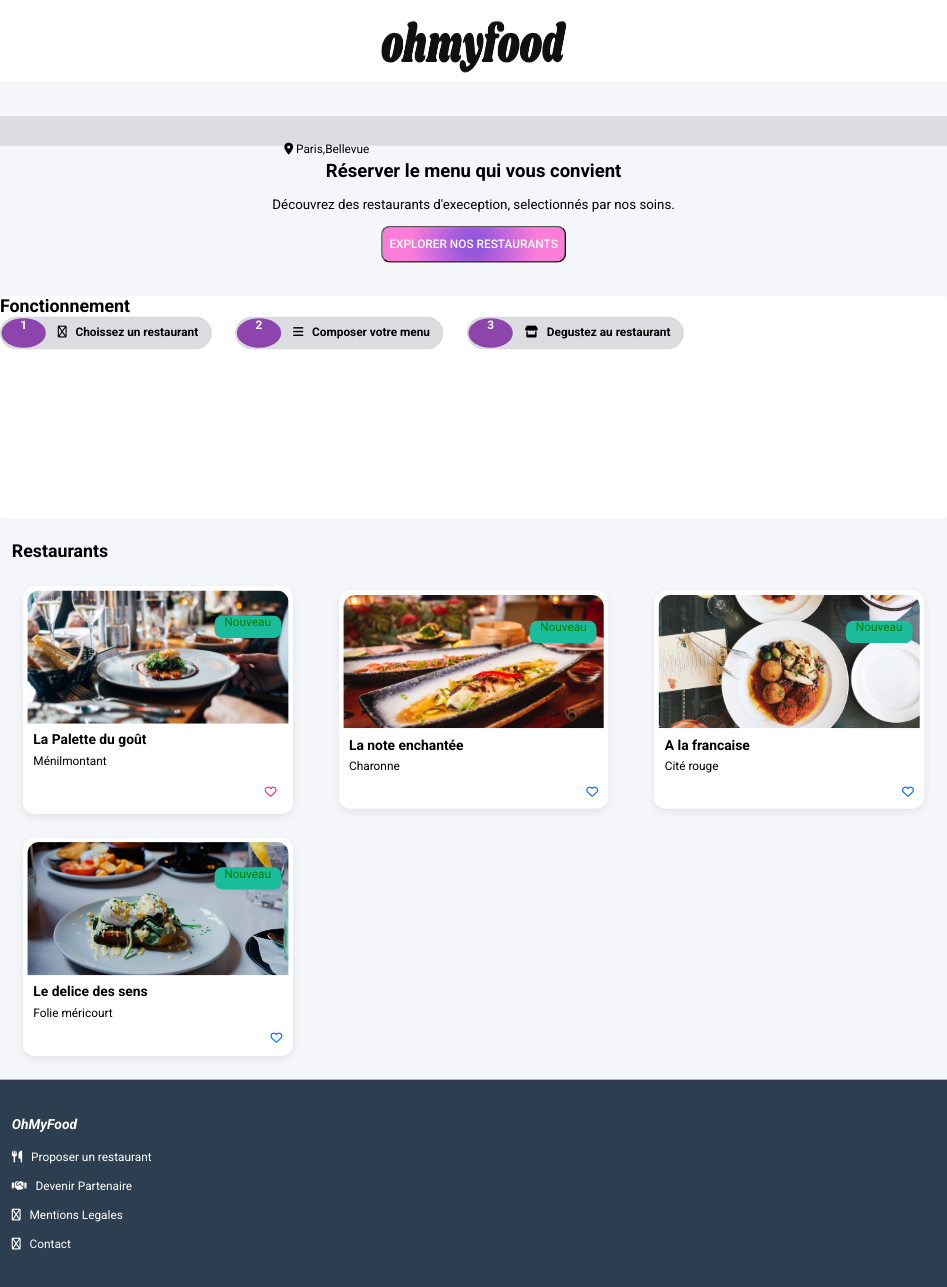
Repository: ultraasedev/ohmyfood
Page: index.html
The author's editor kept a copy of each file at every save. The page is drawn from the files as they stood at one save, then again after the next save.
The browser window is 1280 px wide. The pictures show the whole page, at 74% of full size.
Some web fonts or font styles are not loaded; a fallback is used. Some web libraries are served in a nearby version.

Above is the page before, as saved 2022-10-27 18:51:41.

### index.html
<!doctype html>
<html lang="fr">
    <head>
        <meta charset="UTF-8">
        <meta name="viewport" content="width=device-width,minimum-scale=1,initial-scale=1,maximum-scale=2">

      <title>Ohmyfood!  - Home</title>
       <meta name="description" content="Ohmyfood! est une entreprise de commande de repas en ligne. Notre concept permet aux
       utilisateurs de composer leur propre menu et réduire leur temps d’attente dans les
       restaurants car leur menu est préparé à l’avance. Plus de perte de temps à consulter la carte"/>
       <meta property="og:site_name" content="Ohmyfood!  - est une entreprise de commande de repas en ligne. Notre concept permet aux
       utilisateurs de composer leur propre menu et réduire leur temps d’attente dans les
       restaurants car leur menu est préparé à l’avance. Plus de perte de temps à consulter la carte" />
       <meta property="og:description" content="est une entreprise de commande de repas en ligne. Notre concept permet aux
       utilisateurs de composer leur propre menu et réduire leur temps d’attente dans les
       restaurants car leur menu est préparé à l’avance. Plus de perte de temps à consulter la carte" />




       <link type="text/css" rel="stylesheet" href="css/normalize.css"/>
       <link type="text/css" rel="stylesheet" href="css/all.min.css"/>
       <link type="text/css" rel="stylesheet" href="css/fontawesome.min.css"/>
       <link rel="preconnect" href="https://fonts.googleapis.com">
        <link rel="preconnect" href="https://fonts.gstatic.com" crossorigin>
       <link href="https://fonts.googleapis.com/css2?family=Roboto:ital,wght@0,100;0,300;0,400;0,500;0,700;0,900;1,100;1,300;1,400;1,500;1,700;1,900&family=Shrikhand&display=swap" rel="stylesheet">
       <script   src="https://kit.fontawesome.com/f132f25ed3.js" crossorigin="anonymous"></script>

       <link type="text/css" rel="stylesheet" href="css/style.css" />



       </head>

       <body>
<!--Nav + Logo-->
   <div class="nav">
    <div class="logo">
      <img src="images/logo/ohmyfood.png" alt="Ohmyfood !" class="logo"/>
    </div>
   </div>


<!--Header-->
<header>
  <!--Location-->
 <div class="location">
  <div class="villeloca"><p><i class="fa-sharp fa-solid fa-location-dot"></i> Paris,Bellevue</p></div>
</div>

  <div class="head-cont">
    <h2>Réserver le menu qui vous convient</h2>
    <p>Découvrez des restaurants d'exeception, selectionnés par nos soins.</p>

    <button class="btn-nav">
      Explorer nos restaurants
    </button>
  </div>
</header>

<!--Fonctionnement-->
<section class="cont-fonc">
  <h2>Fonctionnement</h2>

  <div class="ctn-filtres">

    <div class="filtres">
      <div class="circle-inf">1</div>
      <p><i class="fa-regular fa-phone"></i>&nbsp;&nbsp;&nbsp;Choissez un restaurant</p>
    </div>

    <div class="filtres">
      <div class="circle-inf">2</div>
      <p><i class="fa-solid fa-bars"></i>&nbsp;&nbsp;&nbsp;Composer votre menu</p>
    </div>

    <div class="filtres">
      <div class="circle-inf">3</div>
      <p><i class="fa-solid fa-store"></i>&nbsp;&nbsp;&nbsp;Degustez au restaurant</p>
    </div>


  </div>

</section>
<!--Fonctionnement-->

<!--Restau 1-->
<section class="cont-art">
  <h2>Restaurants</h2>

  <!-- Card 1 -->
              <article class="resto-card">
                <a href="#">
                  <img
                    src="./images/restaurants/jay-wennington-N_Y88TWmGwA-unsplash.jpg"
                    alt="Photo de l'hébergement"
                  />
                  <div class="new">Nouveau</div>
                  <h3>La Palette du goût</h3>
                  <p>Ménilmontant</p>
                  <div class="stars">
                    <i class="fa-regular fa-heart active"></i>
                  </div>
                </a>
              </article>


               <!-- Card 2 -->
               <article class="resto-card">
                <a href="#">
                  <img
                    src="./images/restaurants/louis-hansel-shotsoflouis-qNBGVyOCY8Q-unsplash.jpg"
                    alt="Photo de l'hébergement"
                  />
                  <div class="new">Nouveau</div>
                  <h3>La note enchantée</h3>
                  <p>Charonne</p>
                  <div class="stars">
                    <i class="fa-regular fa-heart"></i>

                  </div>
                </a>
              </article>

               <!-- Card 3 -->
               <article class="resto-card">
                <a href="#">
                  <img
                    src="./images/restaurants/stil-u2Lp8tXIcjw-unsplash.jpg"
                    alt="Photo de l'hébergement"
                  />
                  <div class="new">Nouveau</div>
                  <h3>A la francaise</h3>
                  <p>Cité rouge</p>
                  <div class="stars">
                    <i class="fa-regular fa-heart"></i>
                  </div>
                </a>
              </article>

               <!-- Card 4 -->
               <article class="resto-card">
                <a href="#">
                  <img
                    src="./images/restaurants/toa-heftiba-DQKerTsQwi0-unsplash.jpg"
                    alt="Photo de l'hébergement"
                  />
                  <div class="new">Nouveau</div>
                  <h3>Le delice des sens</h3>
                  <p>Folie méricourt</p>
                  <div class="stars">
                    <i class="fa-regular fa-heart"></i>
                  </div>
                </a>
              </article>




</section>

<!--FOOTER-->
<footer>
  <div class="container-footer">
    <div class="card-footer">
      <h3 style="font-family: 'Roboto';font-weight: 700;font-style: italic;">OhMyFood</h3>
      <!--<img src="images/logo/ohmyfood.png" alt="Ohmyfood !" height="20px" width="80px" style="margin-bottom: 10px;"/>-->
      <a href="#"><i class="fa-solid fa-utensils"></i>&nbsp;&nbsp;&nbsp;Proposer un restaurant</a>
      <a href="#"><i class="fa-solid fa-handshake"></i>&nbsp;&nbsp;&nbsp;Devenir Partenaire</a>
      <a href="#"><i class="fa-regular fa-circle-info"></i>&nbsp;&nbsp;&nbsp;Mentions Legales</a>
      <a href="#"><i class="fa-regular fa-phone"></i>&nbsp;&nbsp;&nbsp;Contact</a>

    </div>

</footer>

### css/style.css
*{
    box-sizing: border-box;
    font-family: var(--fontall);
    max-width: 1380px;

}
:root{

  /*Font*/
  --fontall: 'Roboto', sans-serif;
  --fontlg: 'Shrikhand' , cursive;

  /*color*/
  --primary: #9356DC;
  --secon: #FF79DA;
  --tert: #99E2D0;

  --greybg: #f5f6fa;

}


body{
    background-color:  var(--greybg);
    font-family: var(--fontall);
}

/* Nav*/
.nav{
  display: flex;
  height: 130px;
  width: 100%;
  background-color: #fff;
  align-items: center;
  align-content: center;
  text-align: center;
  margin-bottom: 10px;
}
/*Logo*/
.logo{
  position: relative;
  align-items: center;
  align-content: center;
  text-align: center;
  margin-right: auto;
  margin-left: auto;
}
.logo img{
  height: 70px;
  width: 250px;
}
/*Header*/
header{
  position: absolute;
  height: 300px;
  width: 100%;
  background-color: #f5f6fa;
  align-items: center;
  align-content: center;
  text-align: center;
  margin-top: -30px;
}
/*Location*/
.location{
  position: flex;
  background-color: #dcdde1;
  height: 40px;
  margin-top: -8px;
  align-items: center;
  align-content: center;
  text-align: center;
}
.location .villeloca{
  position: absolute;
  align-items: center;
  align-content: center;
  text-align: center;
  left: 30%;
}

/*Head-Cont*/

.head-cont h2{
  font-size: 25px;
  font-weight: bold;

}
.head-cont p{
  font-size: 18px;
  font-weight: 400;

}
/*Btn-nav*/
.btn-nav{
  align-items: center;
  align-content: center;
  text-transform: uppercase;
  transition: 0.5s;
  background: rgb(147,86,220);
  background: radial-gradient(circle, rgba(147,86,220,1) 10%, rgba(252,124,218,1) 69%);
  z-index: -1;
  transition: transform 400ms ease-in;
  color: #fff;
  width: 250px;
  height: 50px;
  overflow: hidden;
  text-decoration: none;
  border-radius: 12px;
 font-weight: 500;

}
/*Fonctionnement*/
.cont-fonc{
  position: relative;
  background-color: #fff;
  height: 300px;
  margin-top: 270px;
  border-radius: 5px;
}

.cont-fonc h2 {
  grid-column: 1/-1;
  margin: 0;
}
.cont-fonc .ctn-filtres {
  display: flex;
  align-items: center;
  gap: 32px;
  flex-wrap: wrap;
  margin-bottom: 25px;
}
.cont-fonc .circle-inf{
  background-color: #8e44ad;
  width: 60px;
  height: 40px;
  border-radius: 60px / 40px;
  text-align: center;
  color: #fff;
  font-weight: bold;
}
.cont-fonc .ctn-filtres .filtres{
  display: flex;
  align-items: center;
  gap: 16px;
  border: 2px solid #d9d9d9;
  border-radius: 32px;
  padding: 0 16px 0 0;
  height: 44px;
  transition: 0.2s;
  cursor: pointer;
  font-weight: bold;
  background-color: #dcdde1;
}
/* Content Article */
.cont-art{
  background-color: #f5f6fa;
  padding: 32px 16px;
  border-radius: 16px;
  display: grid;
  grid-template-columns: repeat(3, 1fr);
  gap: 32px;
  left: 10px;
}
.cont-art h2 {
  grid-column: 1/-1;
  margin: 0;
}
.cont-art .resto-card{
  background: white;
  padding: 6px;
  border-radius: 16px;
  margin: auto;
  box-shadow: rgba(0, 0, 0, 0.08) 0px 4px 12px;
  transition: 0.2s;
  width: calc(100% - 30px);
}
.cont-art .resto-card .new{
  position: relative;
  background-color: #1abc9c;
  color: green;
  height: 30px;
  width: 90px;
  text-align: center;
  justify-content: center;
  align-items: center;
  border-radius: 10px;
  float: right;
  top: -150px;
  margin-right: 10px;
  font-weight: 400;
}
.cont-art .resto-card img {
  height: 180px;
  object-fit: cover;
  width: 100%;
  border-top-right-radius: 16px;
  border-top-left-radius:16px;
}
.cont-art .resto-card a {
  text-decoration: none;
  color: inherit;
}

.cont-art .resto-card h3 {
  margin: 8px 8px 8px;
}

.cont-art .resto-card p {
  margin: 8px 8px 8px;
}

.cont-art .resto-card .stars {
  margin: 8px 8px 8px;
  color: #0065fc;
  float: right;
}
.cont-art .resto-card .stars .active{
  margin: 8px 8px 8px;
  color: #f52179;
}

/*FOOTER*/
footer {
  background-color: #2c3e50;
  padding: 32px 16px;
  color: #fff;
}
.container-footer {
  display: flex;
  max-width: 1330px;
  margin: auto;
  font-family: "Raleway", sans-serif;
  gap: 16px;
}
.card-footer {
  display: flex;
  flex-direction: column;
  min-width: 30%;
}

.card-footer a {
  margin-top: 5px;
  margin-bottom: 16px;
  text-decoration: none;
  color: inherit;
}

.card-footer a:hover {
  text-decoration: underline !important;
}

Loaded but not shown: css/normalize.css (library); css/all.min.css (library); css/fontawesome.min.css (library)

After the next save:
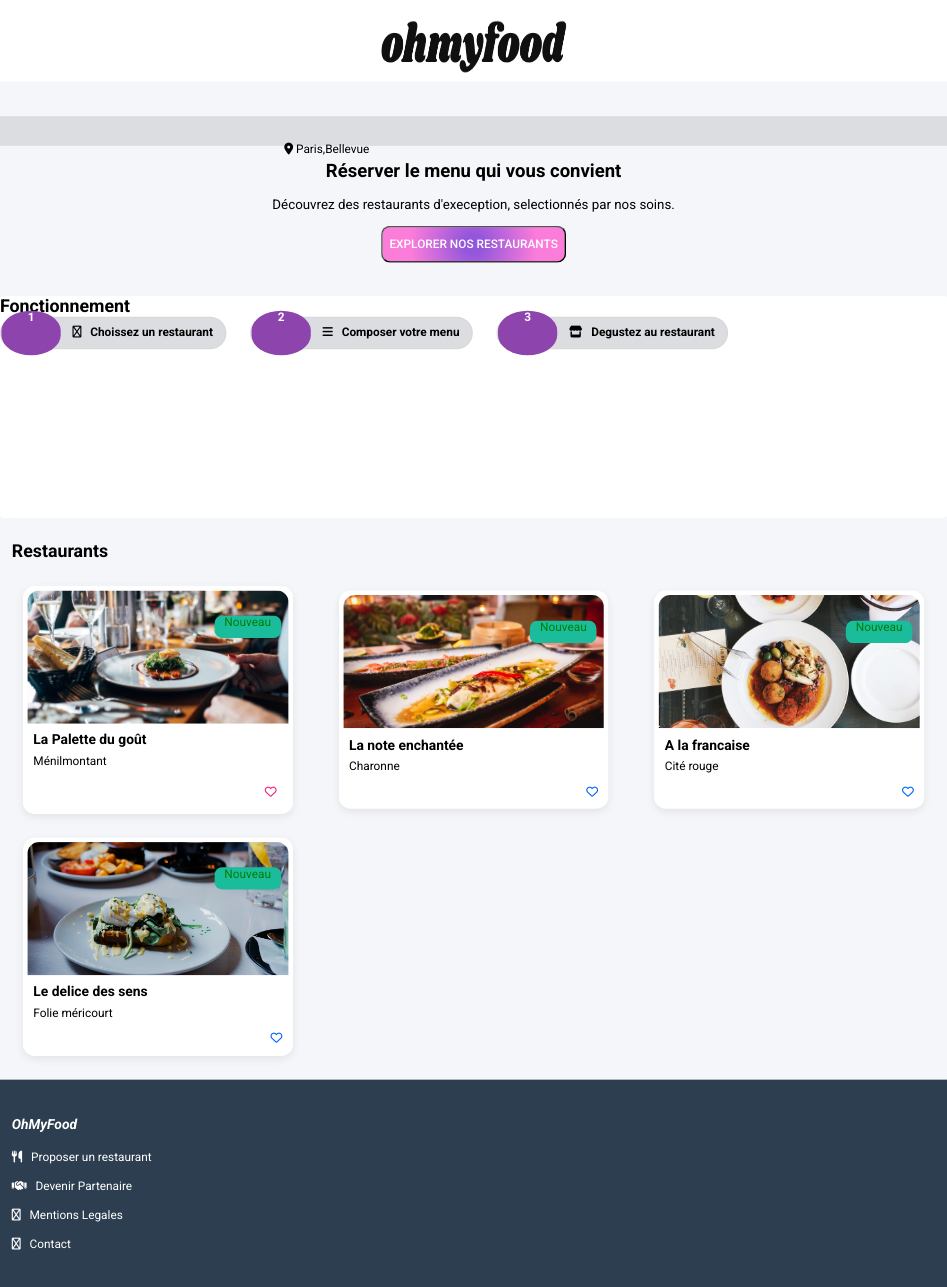
Saved 21 s later.
--- a/css/style.css
+++ b/css/style.css
@@ -131,8 +131,8 @@ header{
 }
 .cont-fonc .circle-inf{
   background-color: #8e44ad;
-  width: 60px;
-  height: 40px;
+  width: 80px;
+  height: 60px;
   border-radius: 60px / 40px;
   text-align: center;
   color: #fff;
